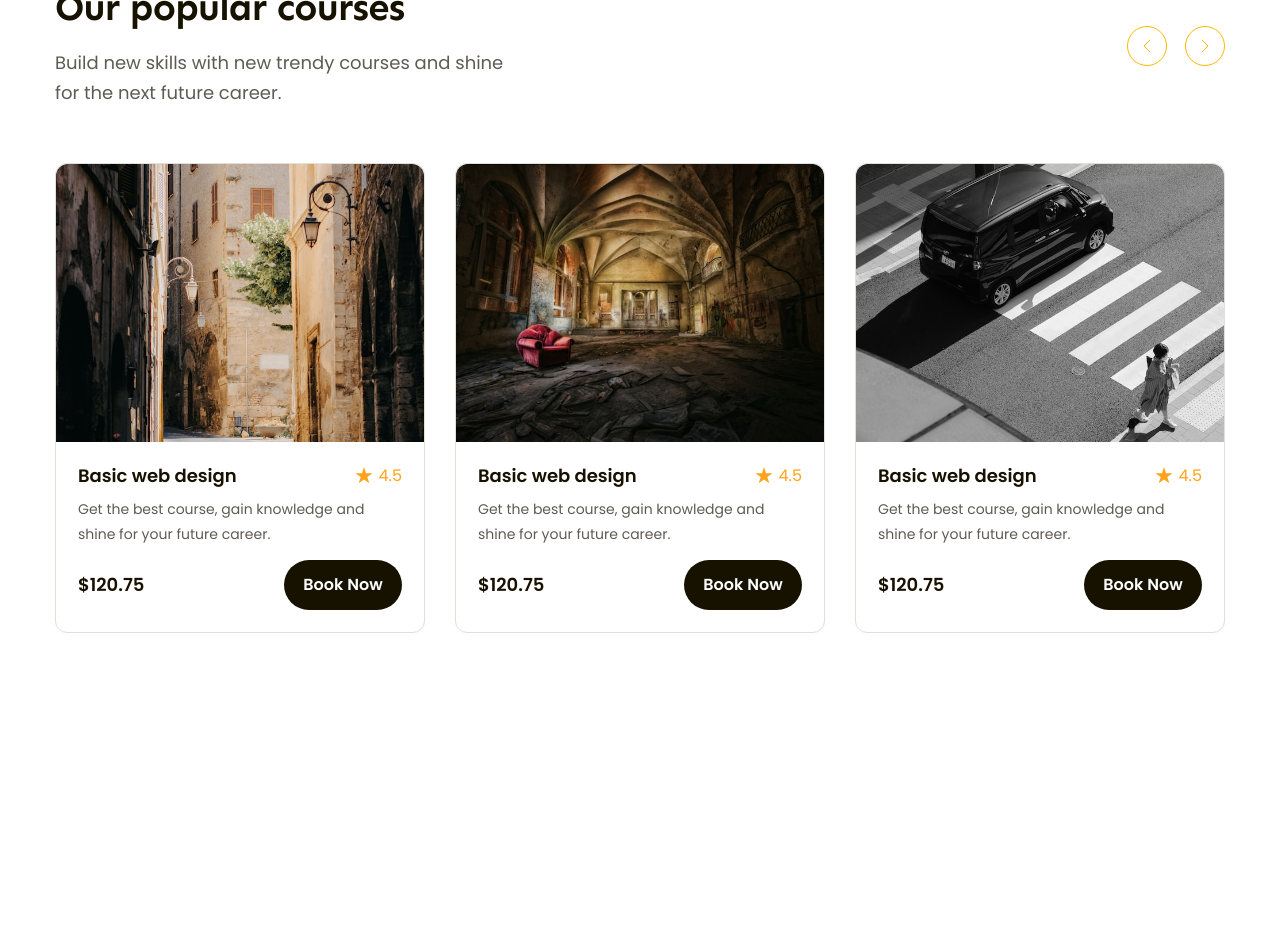
Repository: empty24062002/f8-htmlcss-02-pratice
Page: index.html
These files come from the project's save history. The page is drawn as it stood at one moment and after the next save; the edit follows.
The browser window is 1280 px wide. The pictures show the part of the page from y = 1088 to 2040 px (the page is 5187 px tall).
A picture or video elsewhere on the page could not be fetched, so the positions and the page height are approximate.

Above is the page before, as saved 2023-07-19 08:42:53.

### index.html
<!DOCTYPE html>
<html lang="en">
    <head>
        <meta charset="UTF-8" />
        <meta name="viewport" content="width=device-width, initial-scale=1.0" />
        <title>F8 Project 02 Practice</title>
        <!-- Reset CSS -->
        <link rel="stylesheet" href="./assets/css/reset.css" />
        <!-- Embed font -->
        <link rel="preconnect" href="https://fonts.googleapis.com" />
        <link rel="preconnect" href="https://fonts.gstatic.com" crossorigin />
        <link
            href="https://fonts.googleapis.com/css2?family=Poppins:wght@400;500;600;700&family=Sen:wght@700&display=swap"
            rel="stylesheet"
        />
        <link rel="stylesheet" href="./assets/css/styles.css" />
    </head>
    <body>
        <!-- Header -->
        <header class="header fixed">
            <div class="main-content">
                <div class="body">
                    <img
                        src="./assets/img/logo.svg"
                        alt="lesson."
                        class="logo"
                    />
                    <!-- nav -->
                    <nav class="nav">
                        <ul>
                            <li class="active">
                                <a href="#!">Home</a>
                            </li>
                            <li>
                                <a href="#!">Courses</a>
                            </li>
                            <li>
                                <a href="#!">Pricing</a>
                            </li>
                            <li>
                                <a href="#!">Reviews</a>
                            </li>
                        </ul>
                    </nav>
                    <!-- Action -->
                    <div class="action">
                        <a href="#!" class="btn sign-up-btn">Sign Up</a>
                    </div>
                </div>
            </div>
        </header>
        <main style="height: 5000px">
            <!-- hero -->
            <div class="hero">
                <div class="main-content">
                    <div class="hero-body">
                        <!-- Hero left -->
                        <div class="media-block">
                            <img
                                src="./assets/img/hero-media.jpg"
                                alt="Learn without limits and spread knowledge."
                                class="img"
                            />
                            <div class="hero-summary">
                                <!-- Item 1 -->
                                <div class="item">
                                    <div class="icon">
                                        <img
                                            src="./assets/icons/icon1.svg"
                                            alt=""
                                        />
                                    </div>
                                    <div class="info">
                                        <p class="lable">20 Courses</p>
                                        <p class="title">UI/UX Design</p>
                                    </div>
                                </div>
                                <!-- Item 2 -->
                                <div class="item">
                                    <div class="icon">
                                        <img
                                            src="./assets/icons/icon2.svg"
                                            alt=""
                                        />
                                    </div>
                                    <div class="info">
                                        <p class="lable">20 Courses</p>
                                        <p class="title">Development</p>
                                    </div>
                                </div>
                                <!-- Item 3 -->
                                <div class="item">
                                    <div class="icon">
                                        <img
                                            src="./assets/icons/icon 3.svg"
                                            alt=""
                                        />
                                    </div>
                                    <div class="info">
                                        <p class="lable">30 Courses</p>
                                        <p class="title">Marketing</p>
                                    </div>
                                </div>
                            </div>
                        </div>
                        <!-- Hero right -->
                        <div class="content-block">
                            <h1 class="heading lv1">
                                Learn without limits and spread knowledge.
                            </h1>
                            <p class="desc">
                                Build new skills for that “this is my year”
                                feeling with courses, certificates, and degrees
                                from world-class universities and companies.
                            </p>
                            <div class="cta-group">
                                <a href="" class="btn cta-btn">See Courses</a>
                                <button class="watch-video">
                                    <div class="icon">
                                        <img
                                            src="./assets/icons/watch-video.svg"
                                            alt=""
                                        />
                                    </div>
                                    <span>Watch video</span>
                                </button>
                            </div>
                            <p class="desc">Recent engagement</p>
                            <p class="desc stats">
                                <strong>50K</strong> Students
                                <strong>70+</strong> Courses
                            </p>
                        </div>
                    </div>
                </div>
            </div>
            <!-- Popular -->
            <div class="popular">
                <div class="main-content">
                    <div class="popular-top">
                        <div class="info">
                            <h2 class="heading lv2">Our popular courses</h2>
                            <p class="desc">
                                Build new skills with new trendy courses and
                                shine for the next future career.
                            </p>
                        </div>
                        <div class="controls">
                            <button class="control-btn">
                                <svg
                                    width="8"
                                    height="14"
                                    viewBox="0 0 8 14"
                                    fill="none"
                                    xmlns="http://www.w3.org/2000/svg"
                                >
                                    <path
                                        d="M7 1L1 7L7 13"
                                        stroke="currentColor"
                                        stroke-linecap="round"
                                        stroke-linejoin="round"
                                    />
                                </svg>
                            </button>
                            <button class="control-btn">
                                <svg
                                    width="8"
                                    height="14"
                                    viewBox="0 0 8 14"
                                    fill="none"
                                    xmlns="http://www.w3.org/2000/svg"
                                >
                                    <path
                                        d="M1 1L7 7L1 13"
                                        stroke="currentColor"
                                        stroke-linecap="round"
                                        stroke-linejoin="round"
                                    />
                                </svg>
                            </button>
                        </div>
                    </div>
                    <div class="course-list">
                        <!-- Course item 1 -->
                        <div class="course-item">
                            <a href="#!">
                                <img
                                    src="./assets/img/popular-1.jpg"
                                    alt=""
                                    class="thumb"
                                />
                            </a>
                            <div class="info">
                                <div class="head">
                                    <h3 class="title">
                                        <a href="">Basic web design</a>
                                    </h3>
                                    <div class="rating">
                                        <img
                                            src="./assets/icons/star.svg"
                                            alt=""
                                            class="star"
                                        />
                                        <span class="value">4.5</span>
                                    </div>
                                </div>
                                <p class="desc">
                                    Get the best course, gain knowledge and
                                    shine for your future career.
                                </p>
                                <div class="foot">
                                    <span class="price"> $120.75 </span>
                                    <a href="#!" class="btn book-btn"
                                        >Book Now</a
                                    >
                                </div>
                            </div>
                        </div>
                        <!-- Course item 2 -->
                        <div class="course-item">
                            <a href="#!">
                                <img
                                    src="./assets/img/popular-2.jpg"
                                    alt=""
                                    class="thumb"
                                />
                            </a>
                            <div class="info">
                                <div class="head">
                                    <h3 class="title">
                                        <a href="#!">Basic web design</a>
                                    </h3>
                                    <div class="rating">
                                        <img
                                            src="./assets/icons/star.svg"
                                            alt=""
                                            class="star"
                                        />
                                        <span class="value">4.5</span>
                                    </div>
                                </div>
                                <p class="desc">
                                    Get the best course, gain knowledge and
                                    shine for your future career.
                                </p>
                                <div class="foot">
                                    <span class="price"> $120.75 </span>
                                    <a href="#!" class="btn book-btn"
                                        >Book Now</a
                                    >
                                </div>
                            </div>
                        </div>
                        <!-- Course Item 3 -->
                        <div class="course-item">
                            <a href="#!">
                                <img
                                    src="./assets/img/popular-3.jpg"
                                    alt=""
                                    class="thumb"
                                />
                            </a>
                            <div class="info">
                                <div class="head">
                                    <h3 class="title">
                                        <a href="#!">Basic web design</a>
                                    </h3>
                                    <div class="rating">
                                        <img
                                            src="./assets/icons/star.svg"
                                            alt=""
                                            class="star"
                                        />
                                        <span class="value">4.5</span>
                                    </div>
                                </div>
                                <p class="desc">
                                    Get the best course, gain knowledge and
                                    shine for your future career.
                                </p>
                                <div class="foot">
                                    <span class="price"> $120.75 </span>
                                    <a href="#!" class="btn book-btn"
                                        >Book Now</a
                                    >
                                </div>
                            </div>
                        </div>
                    </div>
                </div>
            </div>
        </main>
    </body>
</html>

Loaded but not shown: assets/css/reset.css (common file); assets/css/styles.css (396 lines, source omitted)

After the next save:
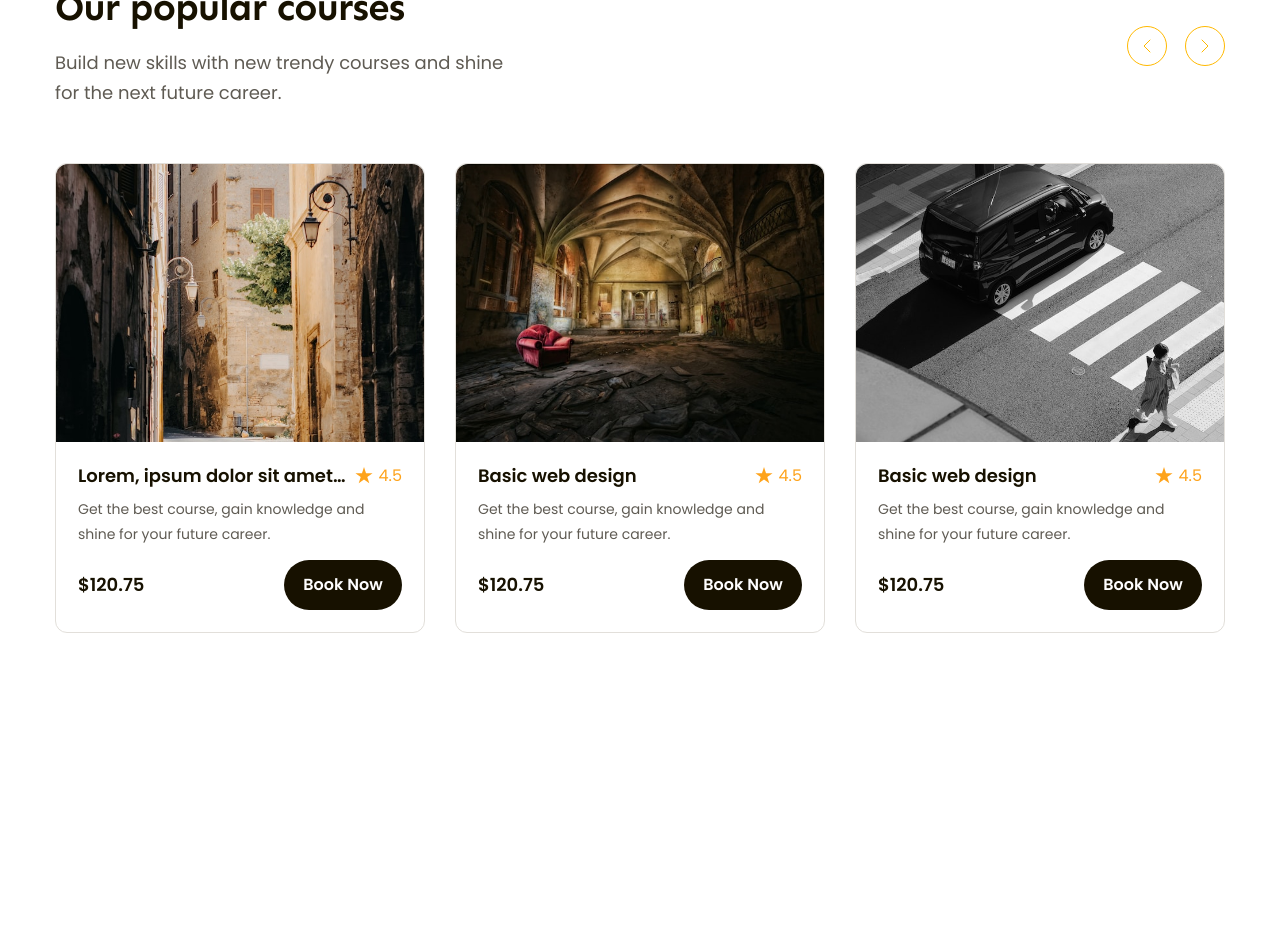
Saved 49 s later.
--- a/index.html
+++ b/index.html
@@ -193,7 +193,13 @@
                             <div class="info">
                                 <div class="head">
                                     <h3 class="title">
-                                        <a href="">Basic web design</a>
+                                        <a href="" class="line-clamp"
+                                            >Lorem, ipsum dolor sit amet
+                                            consectetur adipisicing elit. Veniam
+                                            consequuntur natus esse corrupti
+                                            ducimus odit dolorem, laudantium
+                                            illo vero ea.</a
+                                        >
                                     </h3>
                                     <div class="rating">
                                         <img

After the save that followed:
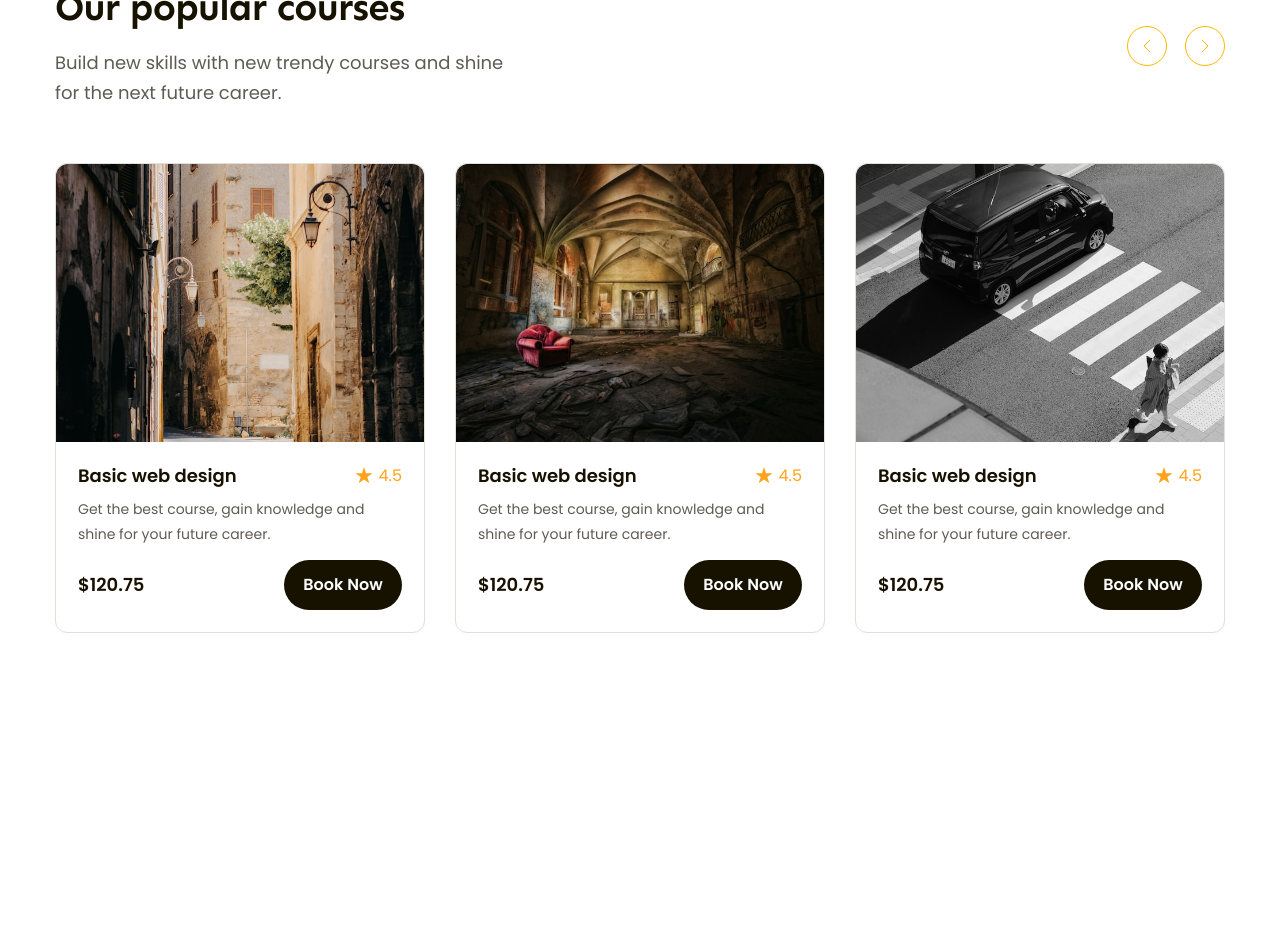
Saved 7 s later.
--- a/index.html
+++ b/index.html
@@ -194,11 +194,7 @@
                                 <div class="head">
                                     <h3 class="title">
                                         <a href="" class="line-clamp"
-                                            >Lorem, ipsum dolor sit amet
-                                            consectetur adipisicing elit. Veniam
-                                            consequuntur natus esse corrupti
-                                            ducimus odit dolorem, laudantium
-                                            illo vero ea.</a
+                                            >Basic web design</a
                                         >
                                     </h3>
                                     <div class="rating">
